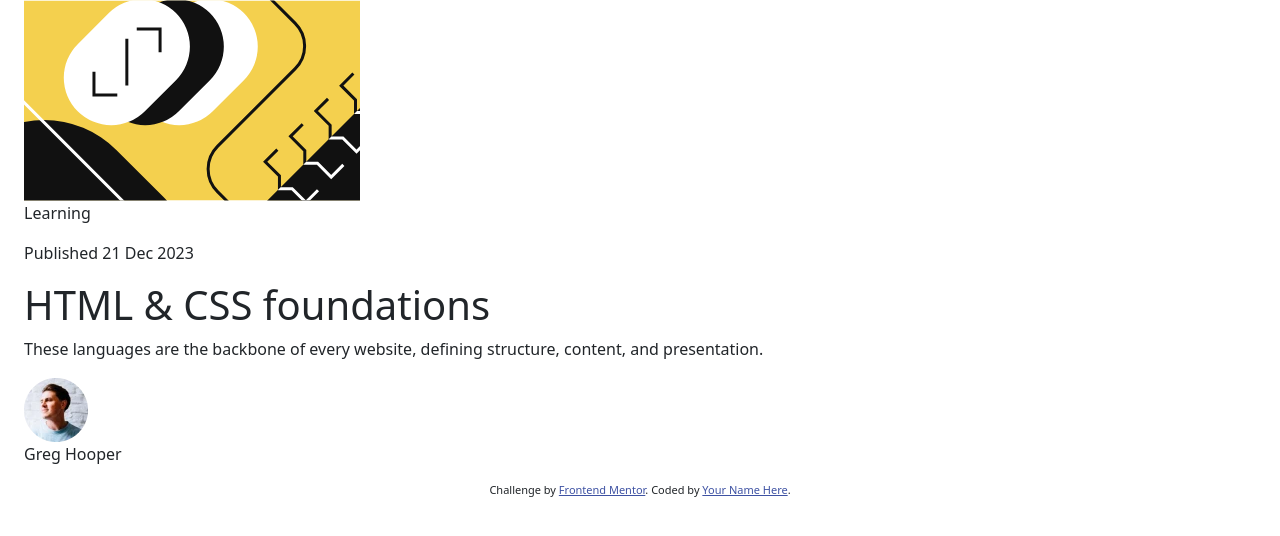
Repository: blordeus/blog-preview-card
Page: index.html
An editor plug-in stored every save of this project. The page is shown before and after a run of saves, followed by the edit.
The browser window is 1280 px wide. The pictures show the whole page.
The style sheet was rebuilt from its Sass, Less or Tailwind sources for each picture, by a compiler version that may differ from the author's.

Above is the page before, as saved 2024-02-10 09:11:16.

After the next 4 saves:
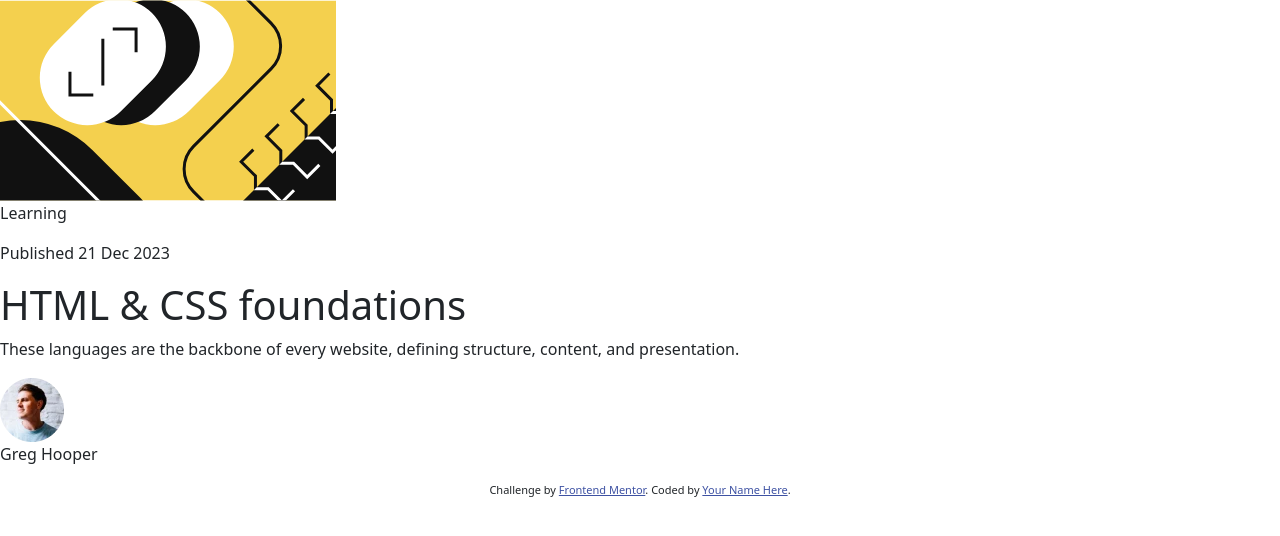
The 4 saves are shown as one change because they came seconds apart.
The last was saved 9 s later.
--- a/index.html
+++ b/index.html
@@ -11,7 +11,7 @@
 
 </head>
 <body>
-<main class="mx-4">
+<main class="flex mx-auto">
     <img src="assets\images\illustration-article.svg" alt="header image">
     <div>
       <p>Learning</p>
